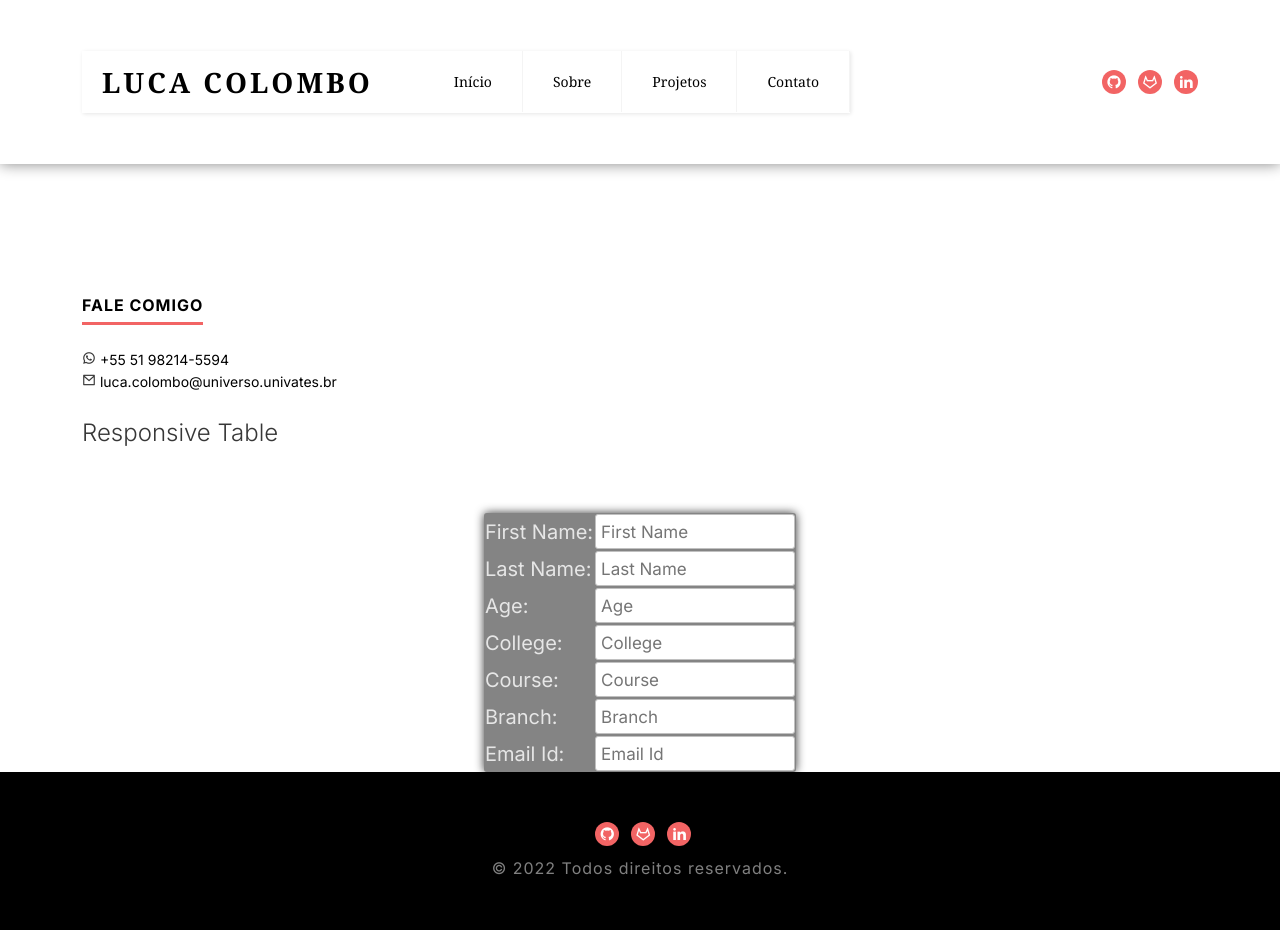
Repository: lxcxcxlxmb/portfolio
Page: contato.html
The author's editor kept a copy of each file at every save. The page is drawn from the files as they stood at one save, then again after the next save.
The browser window is 1280 px wide. The pictures show the whole page.

Above is the page before, as saved 2022-05-25 16:28:17.

After the next save:
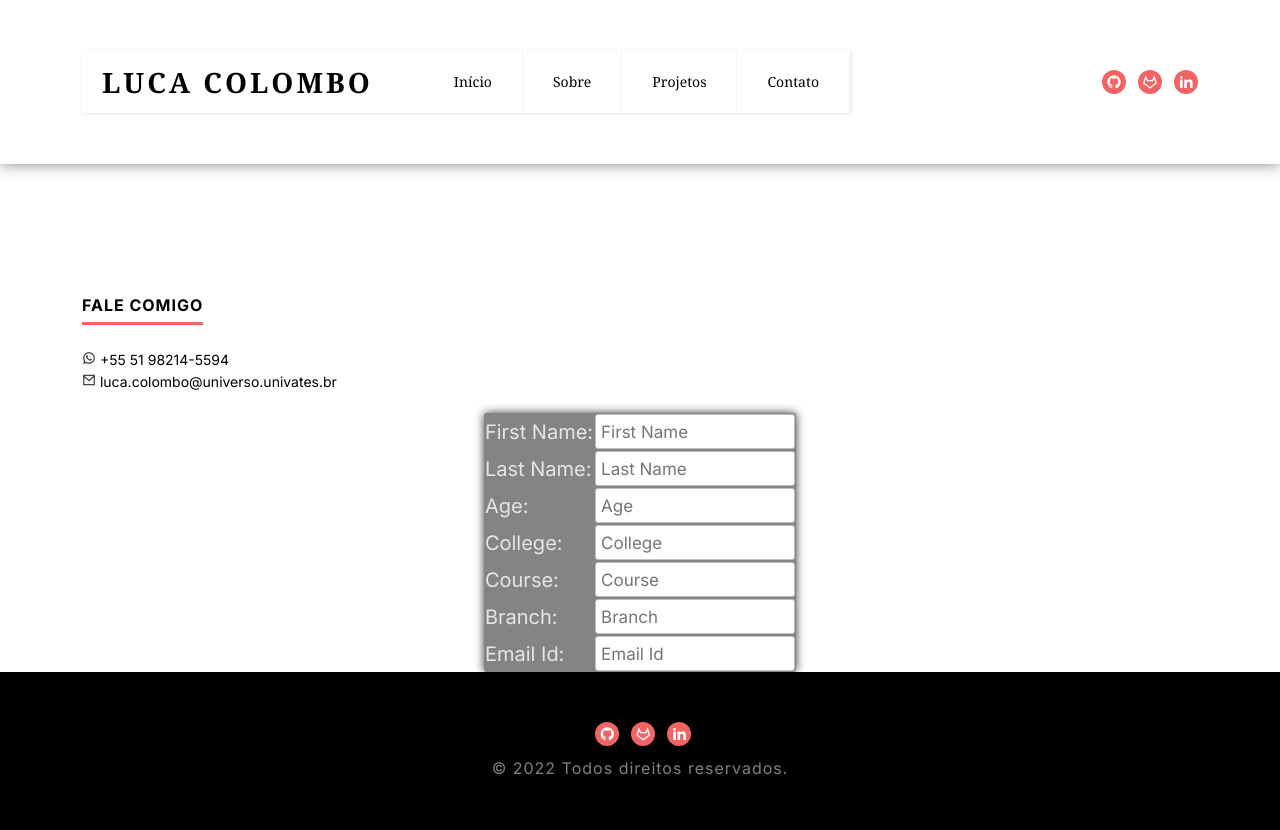
Saved 3 s later.
--- a/contato.html
+++ b/contato.html
@@ -67,7 +67,7 @@
         <i class="ri-whatsapp-line"></i> <a href="tel:+5551982145594">+55 51 98214-5594</a><br>
         <i class="ri-mail-line"></i><a href="mailto:luca.colombo@universo.univates.br">
           luca.colombo@universo.univates.br</a><br><br>
-          <p>Responsive Table</p>
+
 <table align=center cellspacing=10>
  <th class="hidden_th">First Name:</th>
  <tr>
